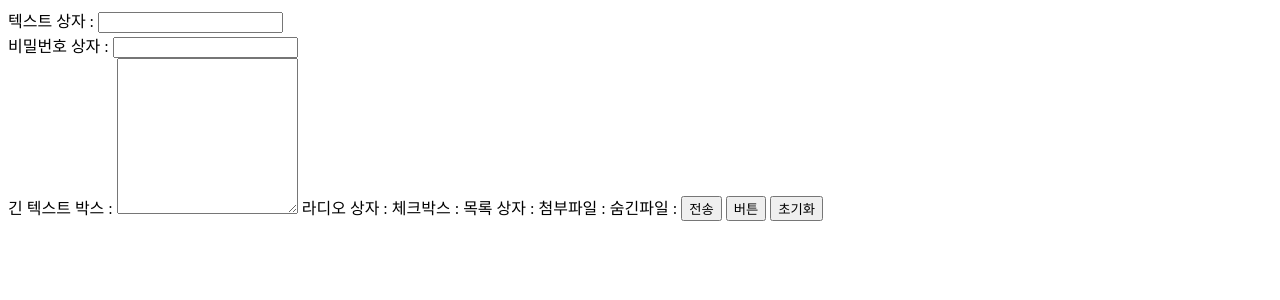
Repository: hololog/workspace_jsp1
Page: JspStudy/src/main/webapp/js1/Test12.html
The author's editor kept a copy of each file at every save. The page is drawn from the files as they stood at one save, then again after the next save.
The browser window is 1280 px wide. The pictures show the whole page.

Above is the page before, as saved 2021-12-09 06:52:07.

After the next save:
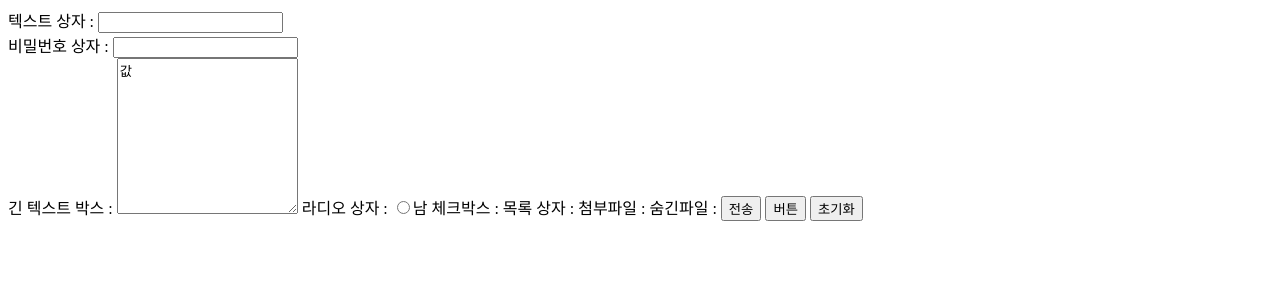
Saved 12 min 49 s later.
--- a/JspStudy/src/main/webapp/js1/Test12.html
+++ b/JspStudy/src/main/webapp/js1/Test12.html
@@ -12,8 +12,8 @@
 <!--  get은 주소줄에 정보가 보이게 -->
   텍스트 상자 : <input type="text" name="id"><br>
   비밀번호 상자 : <input type="password" name="pass"><br>
-  긴 텍스트 박스 : <textarea rows="10" cols="20" name="ta"></textarea>
-  라디오 상자 :
+  긴 텍스트 박스 : <textarea rows="10" cols="20" name="ta">값</textarea>
+  라디오 상자 : <input type="radio" name="ra" value="남">남
   체크박스 :
   목록 상자 :
   첨부파일 :
